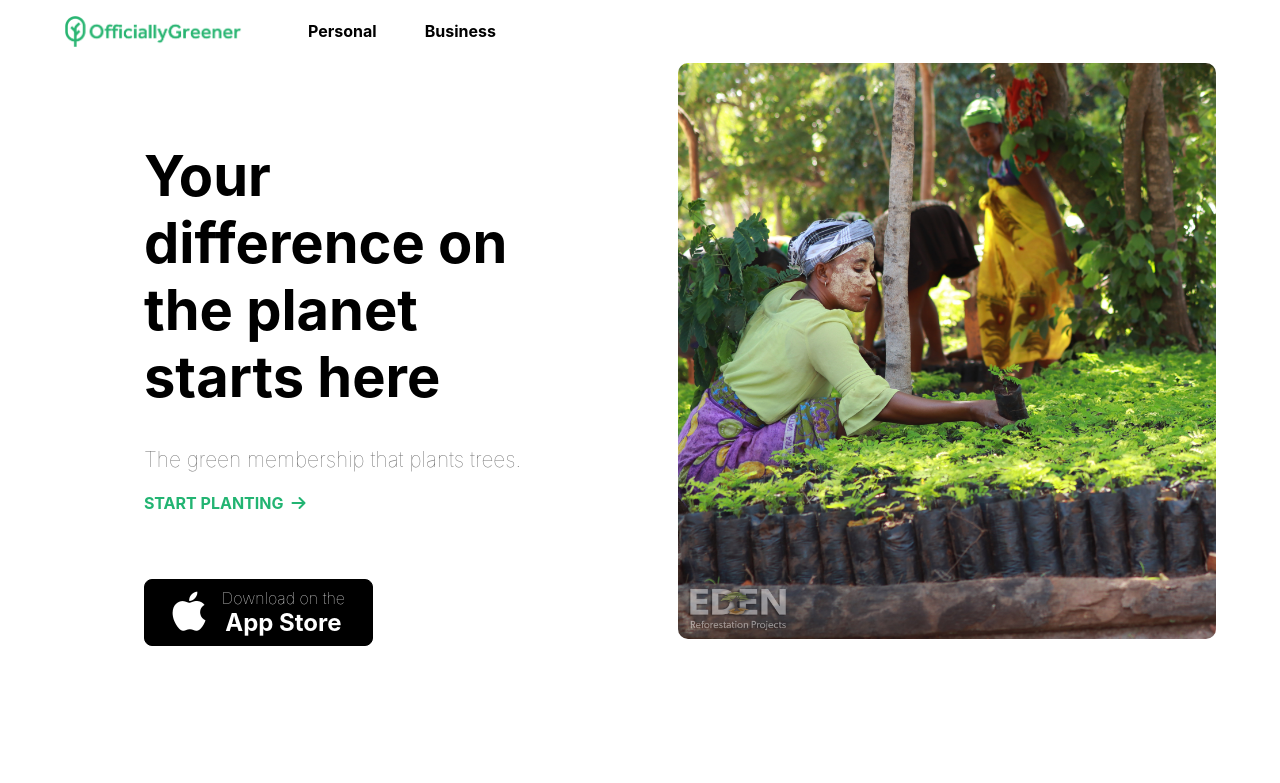
Repository: Sinkycode/Officially-Greener-v2
Page: index.html
An editor plug-in stored every save of this project. The page is shown before and after the next save, followed by the edit.
The browser window is 1280 px wide. The pictures show the whole page.
Some web libraries are served in a nearby version.

Above is the page before, as saved 2023-03-08 16:02:41.

### index.html
<!DOCTYPE html>
<html lang="en">
<head>
  <meta charset="UTF-8">
  <meta http-equiv="X-UA-Compatible" content="IE=edge">
  <meta name="viewport" content="width=device-width, initial-scale=1.0">
  <link rel="stylesheet" href="https://cdnjs.cloudflare.com/ajax/libs/font-awesome/6.3.0/css/all.min.css" integrity="sha512-SzlrxWUlpfuzQ+pcUCosxcglQRNAq/DZjVsC0lE40xsADsfeQoEypE+enwcOiGjk/bSuGGKHEyjSoQ1zVisanQ==" crossorigin="anonymous" referrerpolicy="no-referrer" />

  <link rel="stylesheet" href="style.css">
  <title>Officially Greener</title>
</head>
<body>
  <header>
    <div class="mobile">
      <img src="Logo/Officially Greener Transparent background.png" alt="" class="primary-logo logo">
      <i class="fa-sharp fa-solid fa-bars"></i>
    </div>

    <div class="desktop">
      <img src="Logo/Officially Greener Transparent background.png" alt="" class="primary-logo logo">
      <ul class="primary-nav">
        <li><a href="http://">Personal</a></li>
        <li><a href="http://">Business</a></li>
      </ul>
    </div>

  </header>

  <section id="landing-page">
   <div class="container">
    <div class="landing-page__image">
      <img src="Images/Magagascar.jpg" alt="">
    </div>
    <div class="landing-page__context">
     <div class="texts">
      <h1 class="big-txt">Your difference on the planet starts here</h1>
      <p class="gray-para">The green membership that plants trees.</p>
      <a href="#" class="simple-link">Start planting<i class="fa-sharp fa-solid fa-arrow-right"></i></a>
     </div>
     <button class="apple-btn">
      <i class="fa-brands fa-apple"></i>
      <div class="wrap">
        <p>Download on the</p>
        <h1>App Store</h1>
      </div>
     </button>
    </div>
   </div>
  </section>
  <section id="note"></section>
  <section id="personal"></section>
</body>
</html>

### style.css
:root {
  --neutral-100: hsl(0, 0%, 100%);
  --neutral-200: hsl(0, 0%, 80%);
  --neutral-400: hsl(0, 0%, 40%);
  --neutral-600: hsl(0, 0%, 20%);
  --neutral-800: hsl(0, 0%, 0%);

  --accent: hsl(153, 68%, 42%);

  --txt-size-200: .8rem;
  --txt-size-400: 1rem;
  --txt-size-500: 2rem;
  --txt-size-600: 3rem;
  --txt-size-800: 3.5rem;

  --box-radius: .5rem;

  --gray-para: var(--neutral-400);

}

*, *::after, *::before {
  box-sizing: border-box;
  margin: 0;
  padding: 0;
}

html, body {
  font-family: -apple-system, BlinkMacSystemFont, Segoe UI, Roboto, Oxygen, Ubuntu, Cantarell, Fira Sans, Droid Sans, Helvetica Neue, sans-serif;
  scroll-behavior: smooth;
  overflow-x: hidden;
}

body {
  line-height: 1.5;
  font-size: 16px;
}

/* CUSTOMIZATION */
img {
  max-width: 100%;
  display: block;
}

button, input {
  outline: none;
  border: none;
  /* background: transparent; */
  font-family: inherit;
  font-size: inherit;
  color: inherit;
}

ul, p {
  margin: 0;
  list-style: none;
  font-weight: 2

}

a {
  text-decoration: none;
  color: inherit;
  font-weight: bold;
}

h1,h2,h3 {
  margin: 0;
}

.container {
  max-width: 90%;
  margin: 0 auto;
}

.logo {
  width: clamp(180px, 1rem + 10vw, 300px);
}

.mobile {
  display: none;
}

.desktop {
  display: flex;
  align-items: center;
  gap: 4rem;
  padding-block: 1rem;
  padding-inline-start: 4rem;
  width: 50%;
}

.primary-nav {
  display: flex;
  gap: 3rem;
}

.big-txt {
  font-size: var(--txt-size-800);
}

.gray-para {
  color: var(--gray-para);
}

/* ========= landign page ========= */
#landing-page {
  /* border: 3px solid black; */
  height: 100vh;
}

#landing-page .container {
  display: flex;
  gap: 1rem;
  height: 100%;
  /* border: 1px solid red; */
}

@media (max-width: 1000px) {
  #landing-page .container {
    display: block;
  }
}

@media (min-width: 768px) {
  .landing-page__context {
    order: 1;
    margin-left: 5rem;
    margin-top: 5rem;
  }

  .landing-page__image {
    order: 2;
  }
}

.landing-page__context {
  max-width: 45%;
  /* border: 1px solid red; */
}

.landing-page__context .big-txt {
  /* border: 1px solid red; */
  max-width: 80%;
  line-height: 1.2;
  margin-bottom: 2rem;
}

.landing-page__context .gray-para {
  margin-block: 1rem;
  font-size: 1.3rem;
}

.landing-page__context .simple-link {
  color: var(--accent);
  text-transform: uppercase;
  display: flex;
  align-items: center;
  gap: .5rem;
  margin-bottom: 4rem;
}

.fa-apple {
  font-size: 2.8rem;
}

.apple-btn {
  color: var(--neutral-100);
  background-color: rgb(0, 0, 0);
  border: 1px solid black;
  padding: .5rem 1.7rem;
  display: flex;
  align-items: center;
  gap: 1rem;
  border-radius: var(--box-radius);
}

button .wrap {
  /* border: 1px solid red; */
}

.landing-page__image {
  width: 55%;
  height: 80%;
  border-radius: 10px;
  overflow: hidden;
}

.landing-page__image img {
  height: 100%;
  object-fit: cover;
  object-position: left;
}

After the next save:
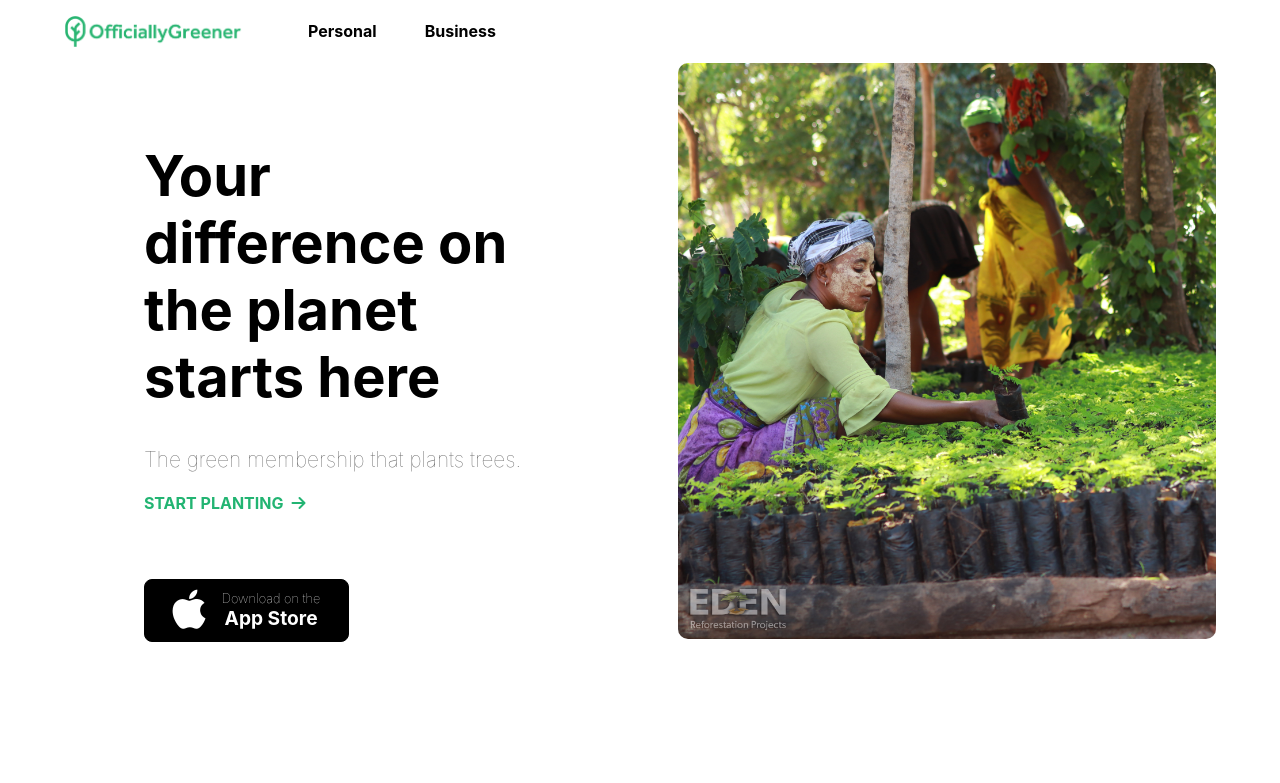
Saved 37 s later.
--- a/style.css
+++ b/style.css
@@ -177,6 +177,7 @@
 
 button .wrap {
   /* border: 1px solid red; */
+  font-size: var(--txt-size-200);
 }
 
 .landing-page__image {
